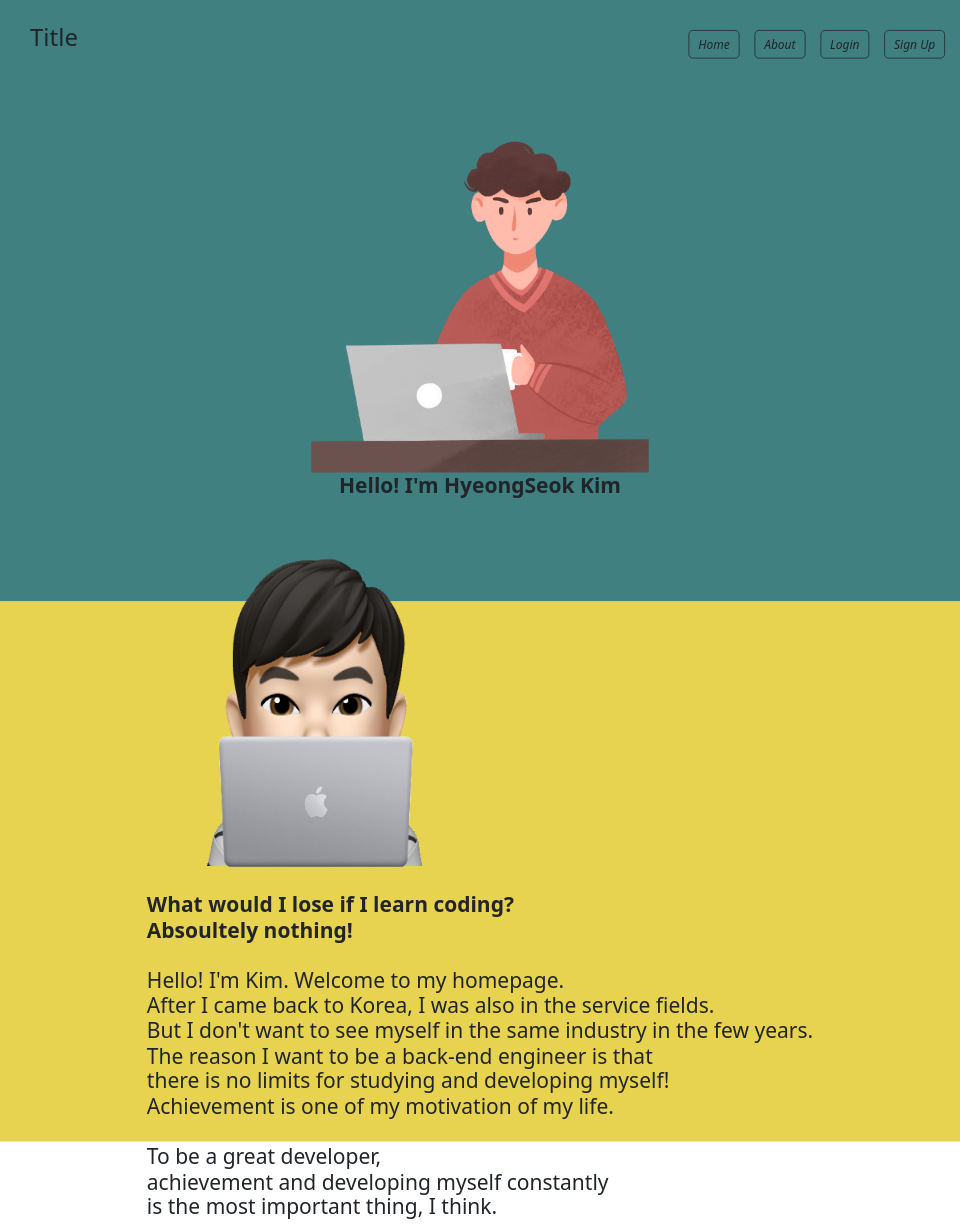
Repository: beruzz/ezen
Page: http://localhost/introduce/index.jsp
The author's editor kept a copy of each file at every save. The page is drawn from the files as they stood at one save, then again after the next save.
The browser window is 1280 px wide. The pictures show the whole page, at 75% of full size.
An inner scrolling area shows only its first screen. The page is served by Tomcat 9. Other server files are loaded and not shown. The template is opened directly, without the code that normally fills it, so the values that code supplies are empty.

Above is the page before, as saved 2022-12-14 07:57:26.

### JSP_Board&Member/introduce/src/main/webapp/index.jsp
<%@ page language="java" contentType="text/html; charset=UTF-8"
    pageEncoding="UTF-8"%>
<%@ taglib uri = "http://java.sun.com/jsp/jstl/core" prefix="c" %>
<!DOCTYPE html>
<html>
<head>
<meta charset="UTF-8">
<title>Insert title here</title>
<link rel="stylesheet" href="/css/main.css">
<link rel="stylesheet" href="/css/scroll.css">
<!-- CSS only -->
<link href="https://cdn.jsdelivr.net/npm/bootstrap@5.2.2/dist/css/bootstrap.min.css" rel="stylesheet" integrity="sha384-Zenh87qX5JnK2Jl0vWa8Ck2rdkQ2Bzep5IDxbcnCeuOxjzrPF/et3URy9Bv1WTRi" crossorigin="anonymous">
</head>
<body>
	<header id="header">
	<h2 class="title">Title</h2>
		<nav class="menu">
			<ul>
				<li><a href="/" class="btn btn-outline-dark">Home</a></li>
				<li><a href="" class="btn btn-outline-dark">About</a></li>
				<c:if test="${ses.id eq null }">
				<li><a href="/mc/login" class="btn btn-outline-dark">Login</a></li>
				</c:if>
				<li><a href="/mc/join" class="btn btn-outline-dark">Sign Up</a></li>
			</ul>
			<c:if test="${ses.id ne null && ses.id ne '' }">
				${ses.id }님 로그인 완료 <br>
				<a href="/mc/logout?id=${ses.id }"><button type="button" class="btn btn-outline-dark">로그아웃</button></a><br>
			</c:if>
		</nav>
	</header>
		<div class="one">
        	<span class="profile"><img src="/images/me.png" width="450px;" height="450px" alt=""></span>
        	<h3><strong>Hello! I'm HyeongSeok Kim</strong></h3>
      	</div>

    <div class="list">
      <div class="two">
          <img class="me" src="/images/me2.png" alt="" width="450px;" height="500px">
          <h3 class="intext"> <strong>What would I lose if I learn coding?<br>Absoultely nothing!</strong><br><br>
            Hello! I'm Kim. Welcome to my homepage.<br>
            After I came back to Korea, I was also in the service fields. <br>
            But I don't want to see myself in the same industry in the few years. <br>
            The reason I want to be a back-end engineer is that <br>
            there is no limits for studying and developing myself! <br>
            Achievement is one of my motivation of my life. <br><br>
            To be a great developer, <br>
            achievement and developing myself constantly <br>
            is the most important thing, I think.
      </div>
  </div>
</body>
</html>

### JSP_Board&Member/introduce/src/main/webapp/css/main.css
@charset "UTF-8";

header {
	align-items: center;
	list-style: none;
}

.title {
	float: left;
	margin-left: 40px;
	margin-top: 30px;
}

.one {
	background-size: cover;
	text-align: center;
	padding-top: 180px;
	padding-bottom: 130px;
	background-color: #408080;
}

ul {
	list-style: none;
	margin-right: 20px;
}

.menu {
	font-size: 20px;
	font-style: italic;
	float: right;
	margin-top: 40px;
}

.menu li {
	float: left;
	margin-left: 20px;
}

a {
	text-decoration: none;
	color: black;
}

.list {
	background-color: #e7d350;
	display: flex;
	justify-content: center;
	align-content: center;

}

### JSP_Board&Member/introduce/src/main/webapp/css/scroll.css
@charset "UTF-8";
#container{
    width:100%;
    height:100vh;
    overflow: auto;
    scroll-behavior: smooth;
    scroll-snap-type: y mandatory;
}

.list{
    width:100%;
    height:100vh;
    display: flex;
    justify-content: center;
    align-items: center;
    scroll-snap-align: center;
}

/* .list:nth-child(1){
    background-color: rgb(0, 0, 0);
    background-size: cover;
    background-attachment: fixed;
    background-position: center;
} */

.list:nth-child(2){
    background-color: #4e5a56;
    background-size: cover;
    background-attachment: fixed;
    background-position: center;
}

After the next save:
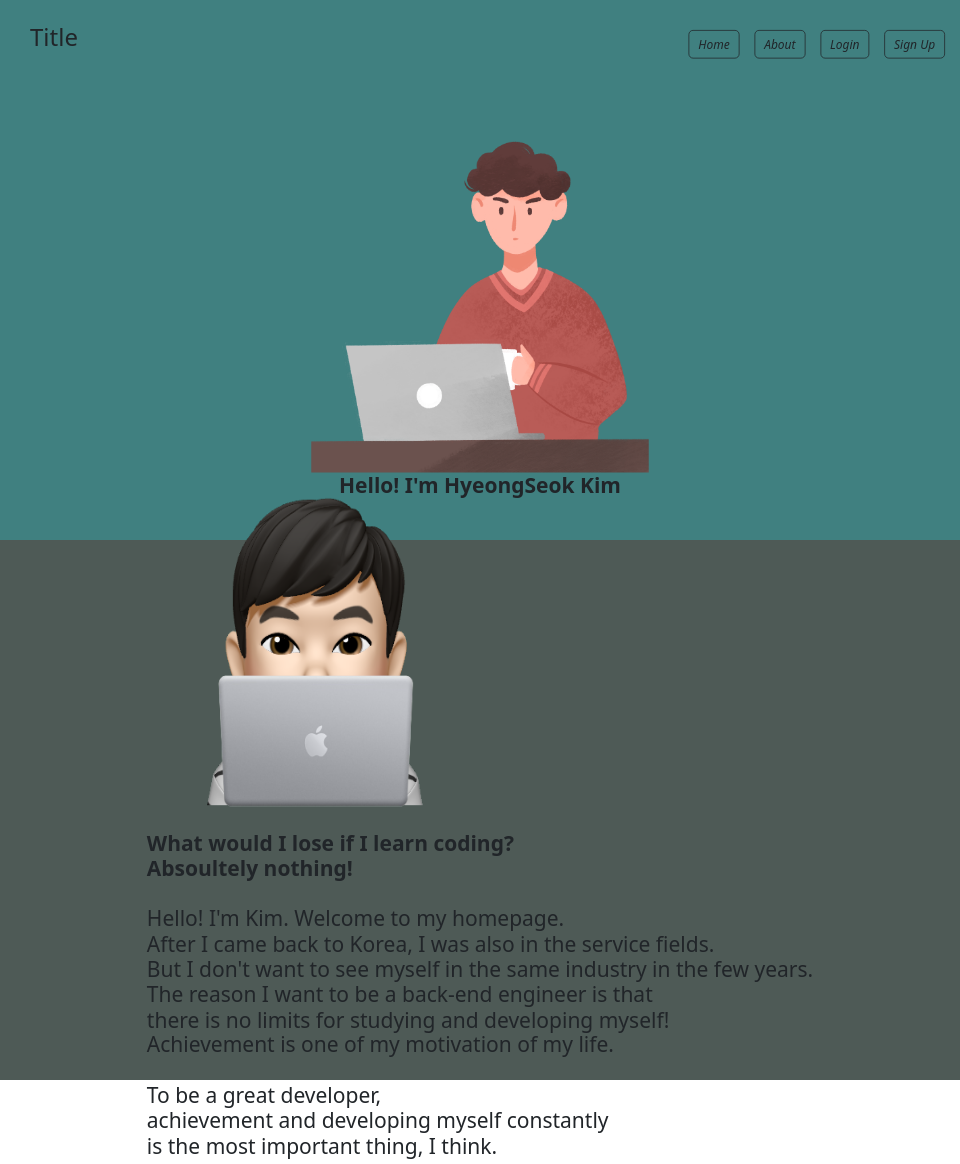
Saved 95 s later.
--- a/JSP_Board&Member/introduce/src/main/webapp/index.jsp
+++ b/JSP_Board&Member/introduce/src/main/webapp/index.jsp
@@ -12,6 +12,7 @@
 <link href="https://cdn.jsdelivr.net/npm/bootstrap@5.2.2/dist/css/bootstrap.min.css" rel="stylesheet" integrity="sha384-Zenh87qX5JnK2Jl0vWa8Ck2rdkQ2Bzep5IDxbcnCeuOxjzrPF/et3URy9Bv1WTRi" crossorigin="anonymous">
 </head>
 <body>
+	<div id="container">
 	<header id="header">
 	<h2 class="title">Title</h2>
 		<nav class="menu">
@@ -33,7 +34,7 @@
         	<span class="profile"><img src="/images/me.png" width="450px;" height="450px" alt=""></span>
         	<h3><strong>Hello! I'm HyeongSeok Kim</strong></h3>
       	</div>
-
+    </div>
     <div class="list">
       <div class="two">
           <img class="me" src="/images/me2.png" alt="" width="450px;" height="500px">
